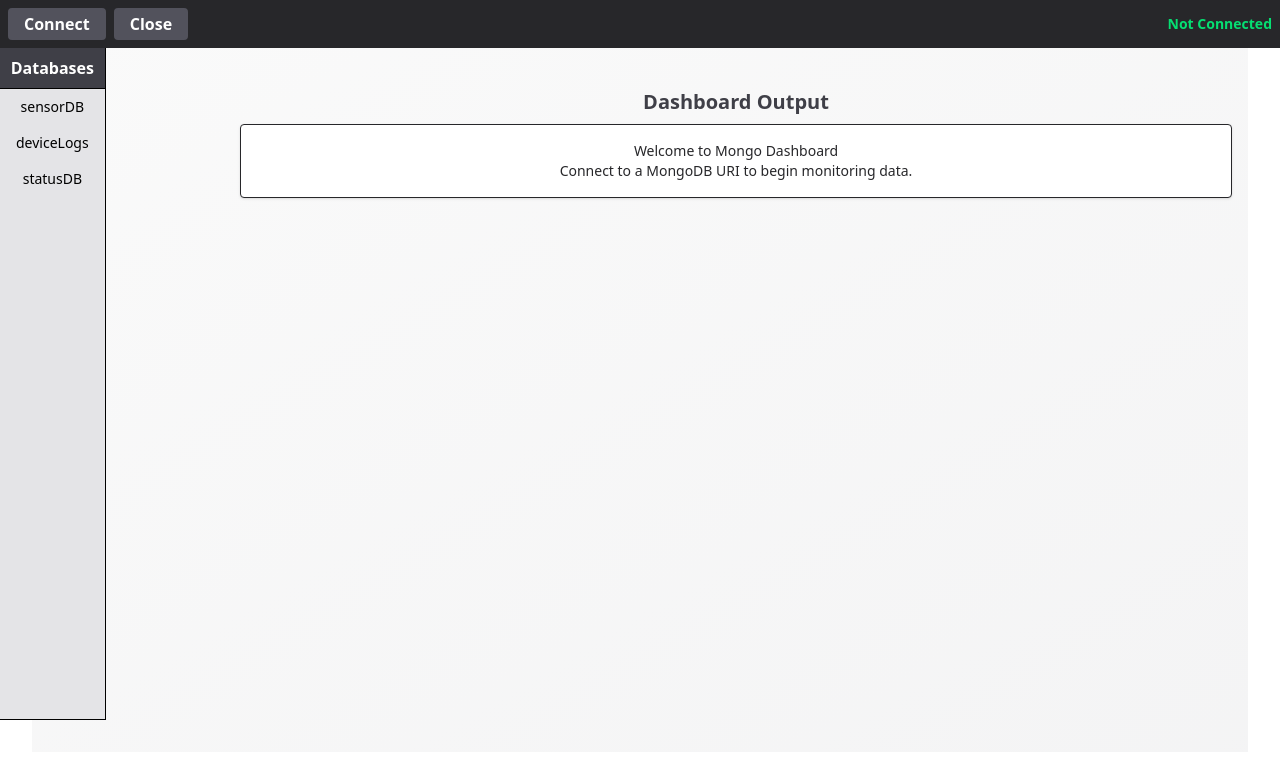
Repository: aryan151pratap/Dashboard
Page: / (app in frontened/)
These files come from the project's save history. The page is drawn as it stood at one moment and after the next save; the edit follows.
The browser window is 1280 px wide. The pictures show the whole page.
The project was rebuilt for these pictures with package versions that can differ from the ones it lists, and the page was loaded fresh each time. Also part of the build but not shown: frontened/vite.config.js, frontened/src/component/connect.jsx.

Above is the page before, as saved 2025-06-24 14:27:23.

After the next save:
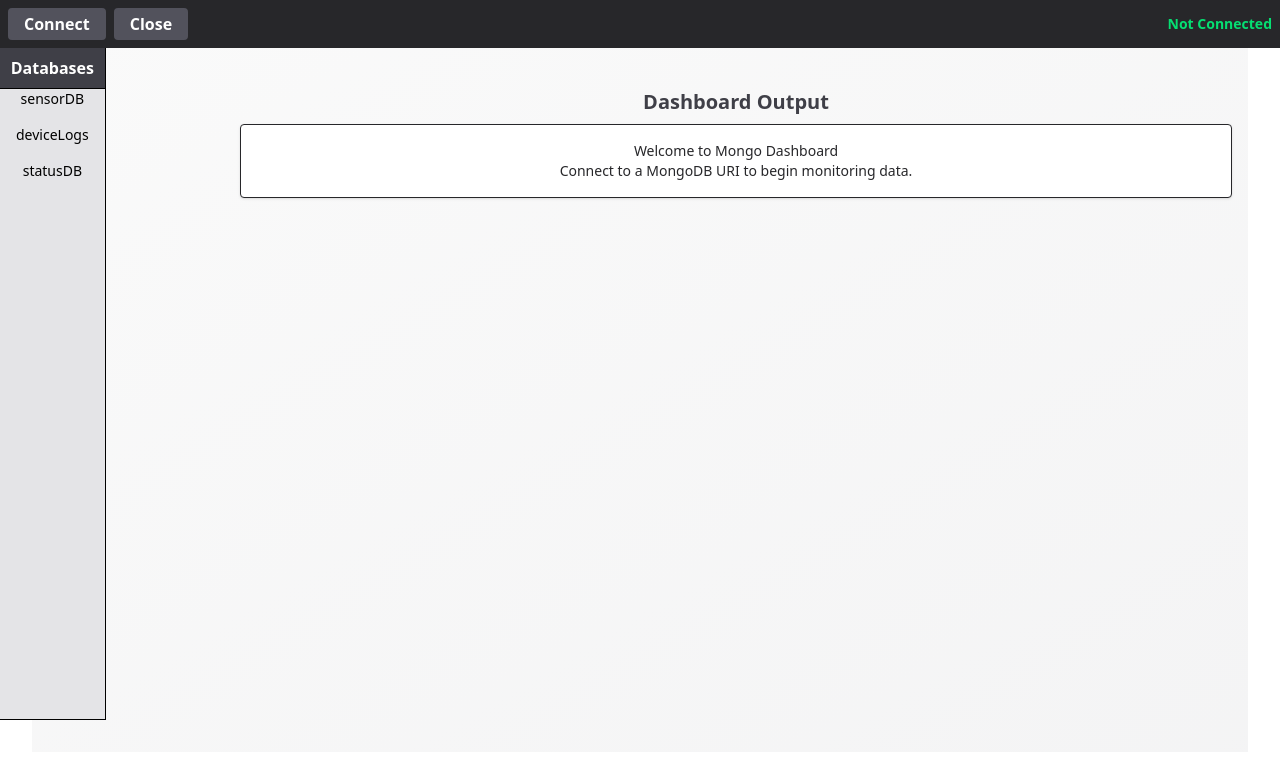
Saved 15 s later.
--- a/frontened/src/component/left_bar.jsx
+++ b/frontened/src/component/left_bar.jsx
@@ -24,7 +24,7 @@ function Left_bar(){
 			</div>
 
 
-			<ul className="px-4 text-sm flex sm:flex-col flex-row gap-4 py-2">
+			<ul className="px-4 text-sm flex sm:flex-col flex-row gap-4">
 			{current_database ?
 			<>
 				{current_database.collections.map((i, index) => (
